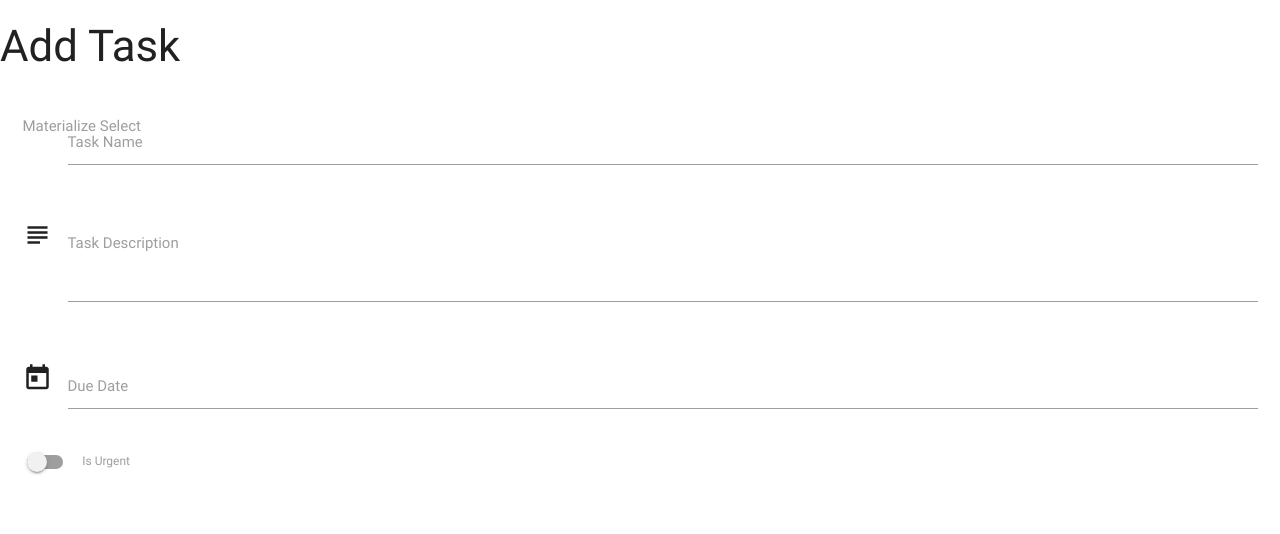
Repository: Debbiepimpo/python-miniproject
Page: http://localhost/add_task
The author's editor kept a record of every edit. The page is drawn from the files as they stood at one moment, then again after the next edit.
The browser window is 1280 px wide. The pictures show the whole page.
Some web libraries are served in a nearby version. The page is served by the project's application, run on Flask 3 (app.py). Queries for data that is not in the repository find no rows.

Above is the page before.
Console error: TypeError: $(...).formSelect is not a function

After the next edit:
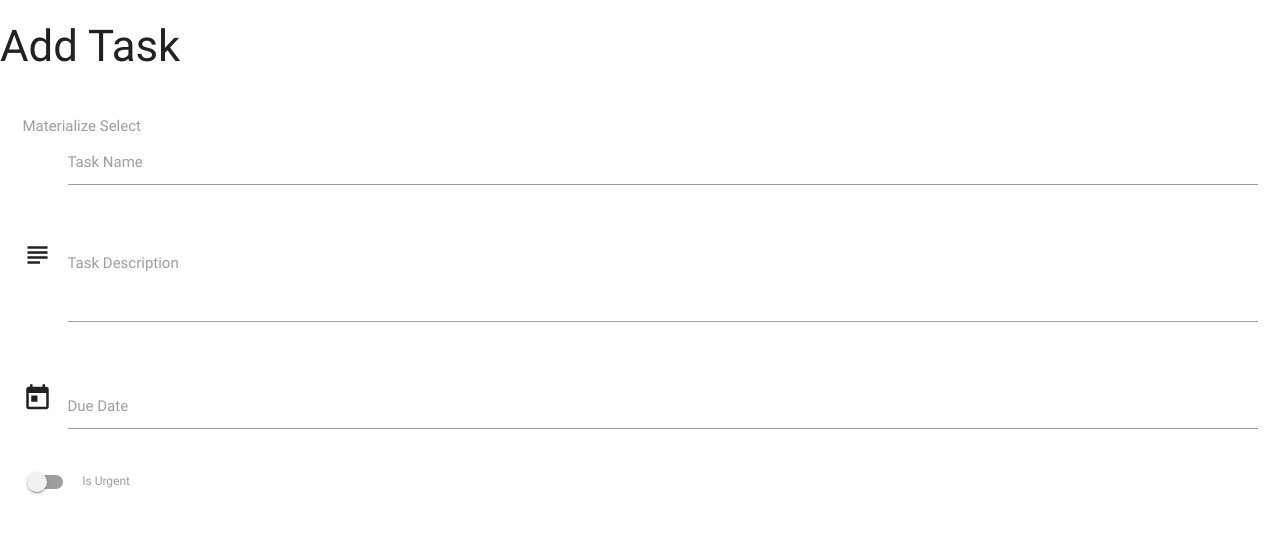
The edit:
--- a/templates/addtasks.html
+++ b/templates/addtasks.html
@@ -4,15 +4,16 @@
 <div class="row">
     <form action="" method="POST" class="col s12">
         <div class="row">
-         <div class="input-field col s12">
-    <select>
-      <option value="" disabled selected>Choose your option</option>
-      <option value="1">Option 1</option>
-      <option value="2">Option 2</option>
-      <option value="3">Option 3</option>
-    </select>
-    <label>Materialize Select</label>
-  </div>
+            <div class="input-field col s12">
+                <select>
+                    <option value="" disabled selected>Choose your option</option>
+                    <option value="1">Option 1</option>
+                    <option value="2">Option 2</option>
+                    <option value="3">Option 3</option>
+                </select>
+                <label>Materialize Select</label>
+            </div>
+        </div>
         <div class="row">
             <div class="input-field col s12">
                 <i class="material-icons prefix">assigment</i>
@@ -30,7 +31,7 @@
         <div class="row">
             <div class="input-field col s12">
                 <i class="material-icons prefix">today</i>
-                 <input id="matfix" name="due_date" type="text" class="datepicker">
+                <input id="matfix" name="due_date" type="text" class="datepicker">
                 <label for="icon_prefix">Due Date</label>
             </div>
         </div>
